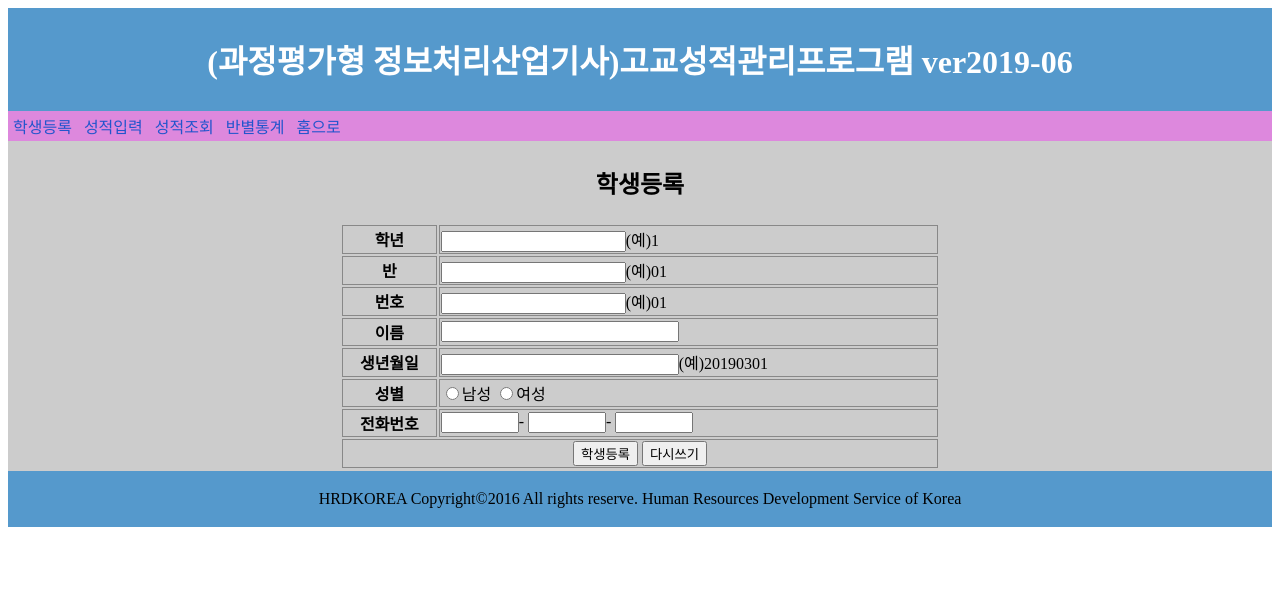
Repository: bolbbal/jdbc
Page: http://localhost/cbq_99/sub1.jsp
These files come from the project's save history. The page is drawn as it stood at one moment and after the next save; the edit follows.
The browser window is 1280 px wide. The pictures show the whole page.
The page is served by Tomcat 9.

Above is the page before, as saved 2024-08-26 07:53:19.

After the next save:
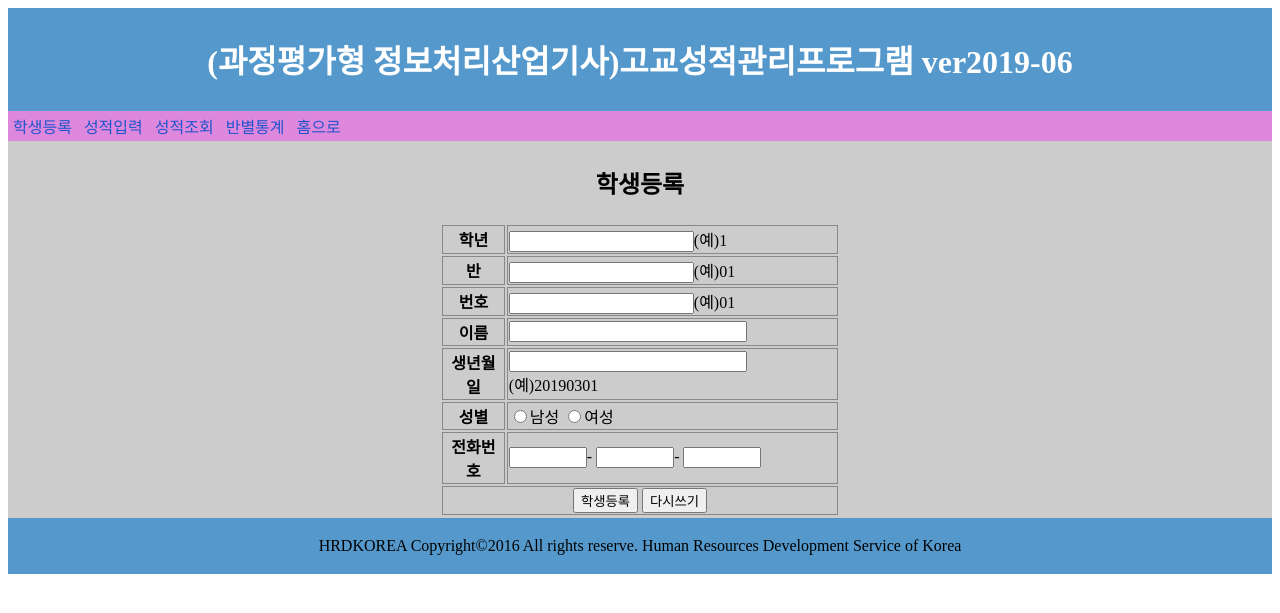
Saved 9 s later.
--- a/javastudy18/jspStudy/cbq_99/cbq_99/WebContent/sub1.jsp
+++ b/javastudy18/jspStudy/cbq_99/cbq_99/WebContent/sub1.jsp
@@ -61,7 +61,7 @@
 
 table {
 	margin: 0 auto;
-	width:600px;
+	width:400px;
 }
 </style>
 <script type="text/javascript">
